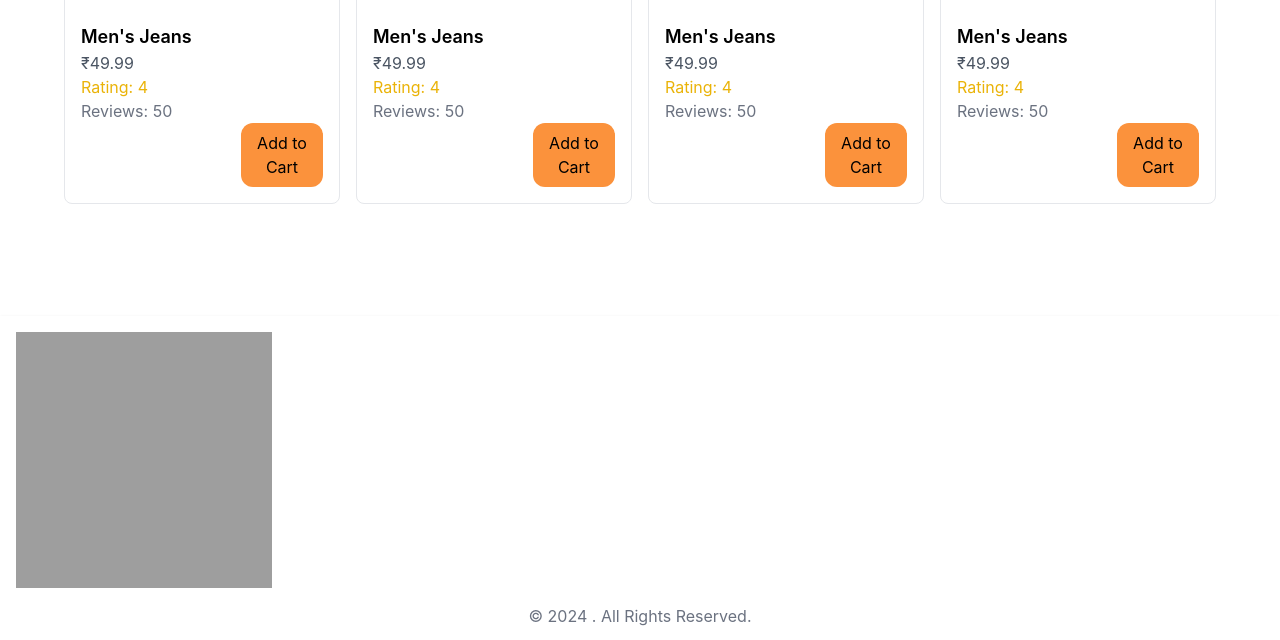
Repository: Mohankkanth/StyleIn_ShoppingSite
Page: /Shirt
The author's editor kept a copy of each file at every save. The page is drawn from the files as they stood at one save, then again after the next save.
The browser window is 1280 px wide. The pictures show the part of the page from y = 2154 to 3106 px (the page is 2794 px tall before and 3106 px after).
Pictures or frames that could not be fetched are drawn as grey boxes. The project was rebuilt for these pictures with package versions that can differ from the ones it lists, and the page was loaded fresh each time. Also part of the build but not shown: vite.config.js, src/component/Home/Home.jsx, src/component/api/MenProducts.jsx, src/component/Men/Men.jsx, src/component/Women/Women.jsx, src/component/api/KidsProducts.jsx, src/component/Kids/Kids.jsx, src/component/Errorpage/Errorpage.jsx and 17 more.

Above is the page before, as saved 2024-11-23 15:17:55.

After the next save:
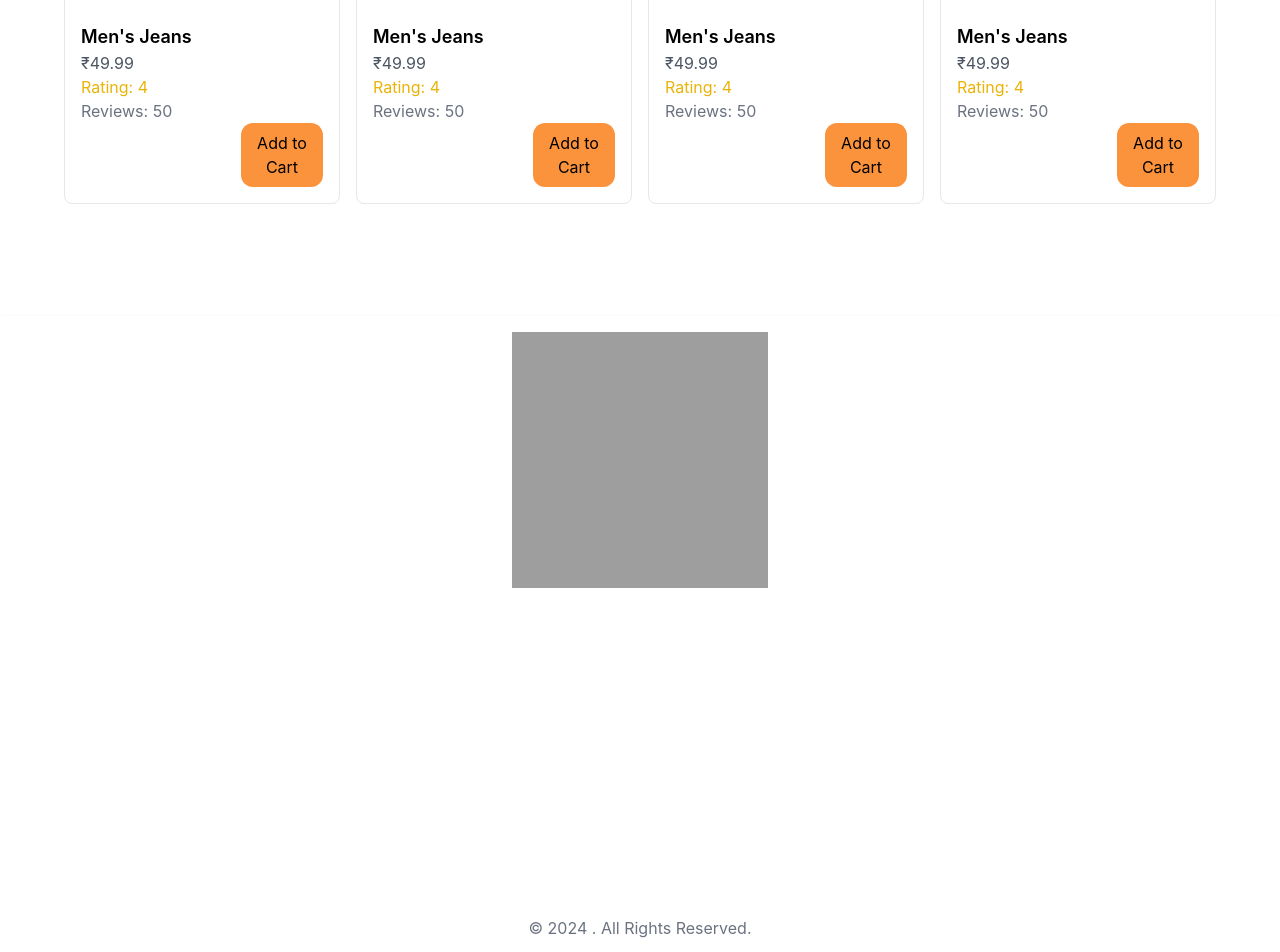
Saved 8 s later.
--- a/src/component/Footer/Footer.jsx
+++ b/src/component/Footer/Footer.jsx
@@ -4,7 +4,7 @@
   return (
     <>
       <footer className="bg-white  shadow  dark:bg-[#333333] mt-28">
-        <div className="w-full mx-auto max-w-screen-xl p-4 flex justify-center items-center md:flex md:items-center md:justify-between">
+        <div className="w-full mx-auto max-w-screen-xl p-4 flex flex-col justify-center items-center md:flex md:items-center md:justify-between">
           <div>
             <img src="https://ik.imagekit.io/Sample/E-Commerce/Logo/StyleIn_Logo-removebg-preview.png?updatedAt=1732345349547" alt="" className="h-64 w-64" />
           </div>

After the save that followed:
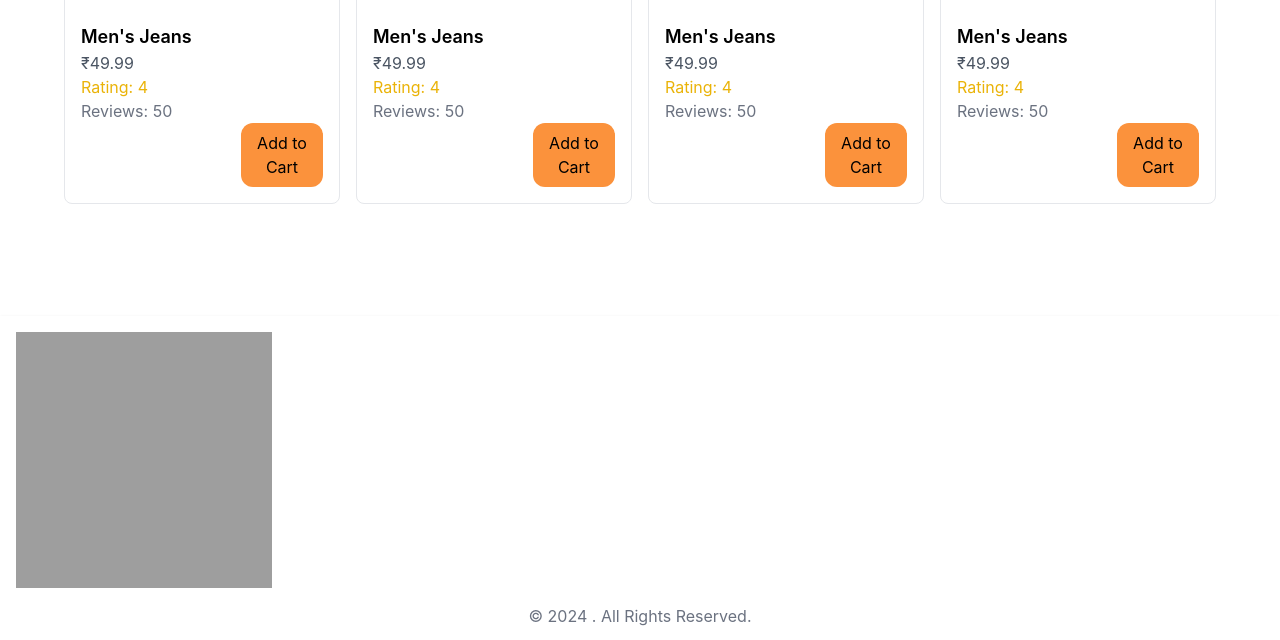
Saved 22 s later.
--- a/src/component/Footer/Footer.jsx
+++ b/src/component/Footer/Footer.jsx
@@ -4,7 +4,7 @@
   return (
     <>
       <footer className="bg-white  shadow  dark:bg-[#333333] mt-28">
-        <div className="w-full mx-auto max-w-screen-xl p-4 flex flex-col justify-center items-center md:flex md:items-center md:justify-between">
+        <div className="w-full mx-auto max-w-screen-xl p-4 md:flex md:items-center md:justify-between">
           <div>
             <img src="https://ik.imagekit.io/Sample/E-Commerce/Logo/StyleIn_Logo-removebg-preview.png?updatedAt=1732345349547" alt="" className="h-64 w-64" />
           </div>
